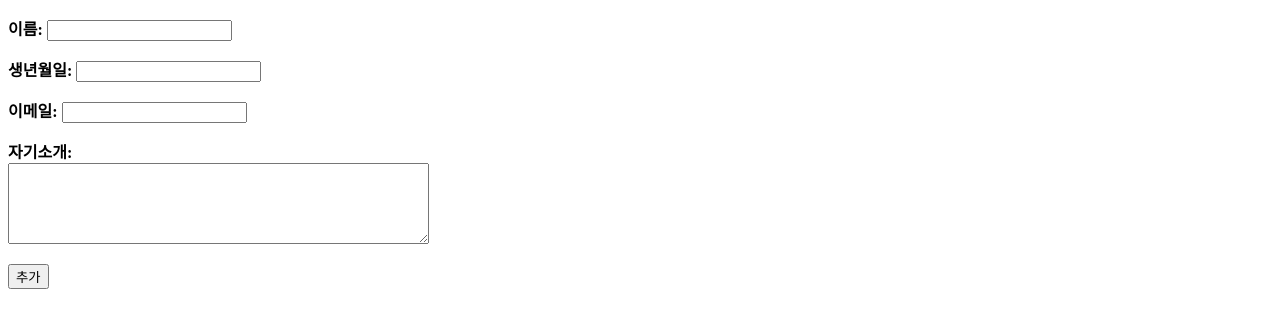
Repository: Visionary1/fullstack-dev-study
Page: http://localhost/Test/lesson04/ex02.jsp
An editor plug-in stored every save of this project. The page is shown before and after the next save, followed by the edit.
The browser window is 1280 px wide. The pictures show the whole page.
The page is served by Tomcat 9.

Above is the page before, as saved 2022-02-11 11:29:40.

After the next save:
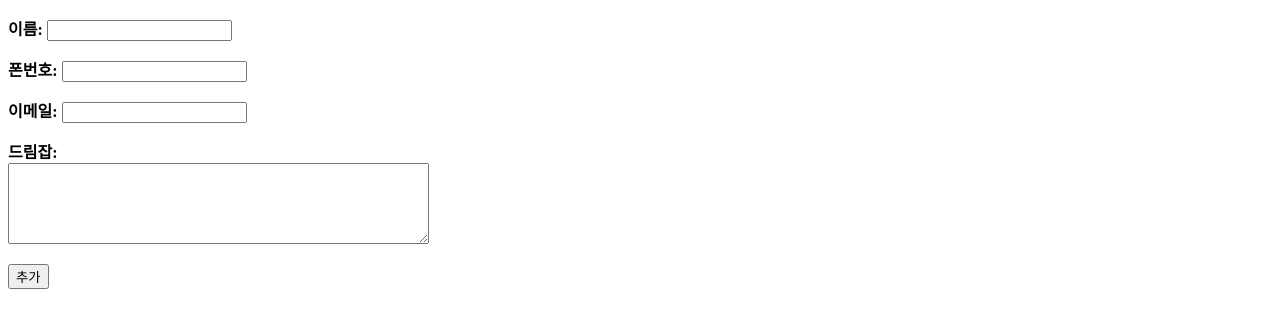
Saved 8 s later.
--- a/4_servlet/workspace/Test/src/main/webapp/lesson04/ex02.jsp
+++ b/4_servlet/workspace/Test/src/main/webapp/lesson04/ex02.jsp
@@ -21,7 +21,7 @@
  		</p>
 
  		<p>
- 			<b>생년월일:</b>
+ 			<b>폰번호:</b>
  			<input type="text" name="phoneNumber">
  		</p>
 
@@ -31,7 +31,7 @@
  		</p>
 
  		<p>
- 			<b>자기소개:</b><br>
+ 			<b>드림잡:</b><br>
  			<textarea rows="5" cols="50" name="dreamJob"></textarea>
  		</p>
 
